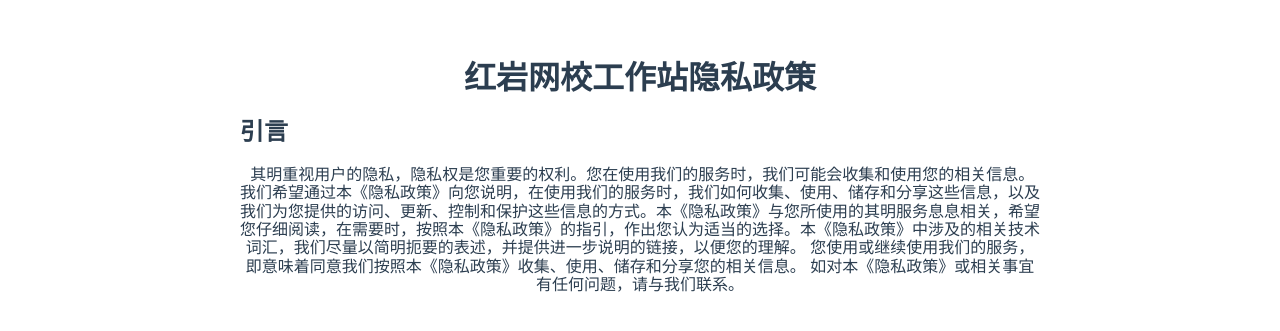
Repository: zl-mdc/privacy-policy
Page: /
These files come from the project's save history. The page is drawn as it stood at one moment and after the next save; the edit follows.
The browser window is 1280 px wide. The pictures show the whole page.
The project was rebuilt for these pictures with package versions that can differ from the ones it lists, and the page was loaded fresh each time.

Above is the page before, as saved 2020-09-17 15:31:13.

### src/main.js
import Vue from 'vue'
import App from './App.vue'
import 'normalize.css'

Vue.config.productionTip = false

new Vue({
  render: h => h(App),
}).$mount('#app')

### src/App.vue
<template>
  <div id="app">
    <Info />
  </div>
</template>

<script>
import Info from './components/Info';

export default {
  name: 'App',
  components: {
    Info
  }
}
</script>

<style>
#app {
  font-family: Avenir, Helvetica, Arial, sans-serif;
  -webkit-font-smoothing: antialiased;
  -moz-osx-font-smoothing: grayscale;
  text-align: center;
  color: #2c3e50;
  margin-top: 60px;
}
</style>

### src/components/Info.vue
<!--
 * @Author: Code_Master
 * @Date: 2020-09-17 15:00:51
 * @LastEditTime: 2020-09-17 15:31:12
 * @LastEditors: Code_Master
 * @FilePath: /privacy-policy/src/components/Info.vue
 * @Description: The first 90% of the code accounts for the first 90% of the development time. The remaining 10% of the code accounts for the other 90% of the development time.
-->
<template>
    <div id="info">
          <h1>红岩网校工作站隐私政策</h1>

          <h2>引言</h2>
          <p>&nbsp;其明重视用户的隐私，隐私权是您重要的权利。您在使用我们的服务时，我们可能会收集和使用您的相关信息。我们希望通过本《隐私政策》向您说明，在使用我们的服务时，我们如何收集、使用、储存和分享这些信息，以及我们为您提供的访问、更新、控制和保护这些信息的方式。本《隐私政策》与您所使用的其明服务息息相关，希望您仔细阅读，在需要时，按照本《隐私政策》的指引，作出您认为适当的选择。本《隐私政策》中涉及的相关技术词汇，我们尽量以简明扼要的表述，并提供进一步说明的链接，以便您的理解。 您使用或继续使用我们的服务，即意味着同意我们按照本《隐私政策》收集、使用、储存和分享您的相关信息。 如对本《隐私政策》或相关事宜有任何问题，请与我们联系。 </p>
    </div>
</template>

<script>
export default {
    name: "Info",
}
</script>

<style>
    #info {
        width: 800px;
        margin: 0 auto;
    }
    h2 {
        text-align: left;
    }
</style>

Loaded but not shown: public/index.html (common file)

After the next save:
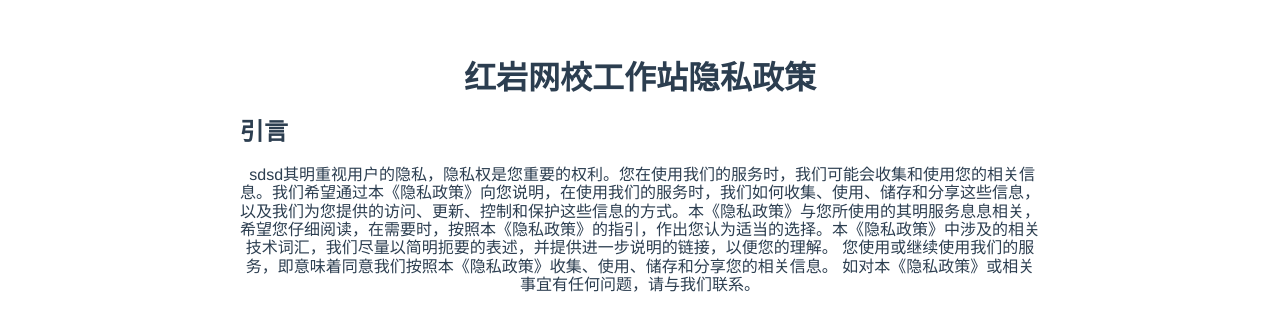
Saved 13 s later.
--- a/src/components/Info.vue
+++ b/src/components/Info.vue
@@ -1,7 +1,7 @@
 <!--
  * @Author: Code_Master
  * @Date: 2020-09-17 15:00:51
- * @LastEditTime: 2020-09-17 15:31:12
+ * @LastEditTime: 2020-09-17 15:31:26
  * @LastEditors: Code_Master
  * @FilePath: /privacy-policy/src/components/Info.vue
  * @Description: The first 90% of the code accounts for the first 90% of the development time. The remaining 10% of the code accounts for the other 90% of the development time.
@@ -11,7 +11,7 @@
           <h1>红岩网校工作站隐私政策</h1>
 
           <h2>引言</h2>
-          <p>&nbsp;其明重视用户的隐私，隐私权是您重要的权利。您在使用我们的服务时，我们可能会收集和使用您的相关信息。我们希望通过本《隐私政策》向您说明，在使用我们的服务时，我们如何收集、使用、储存和分享这些信息，以及我们为您提供的访问、更新、控制和保护这些信息的方式。本《隐私政策》与您所使用的其明服务息息相关，希望您仔细阅读，在需要时，按照本《隐私政策》的指引，作出您认为适当的选择。本《隐私政策》中涉及的相关技术词汇，我们尽量以简明扼要的表述，并提供进一步说明的链接，以便您的理解。 您使用或继续使用我们的服务，即意味着同意我们按照本《隐私政策》收集、使用、储存和分享您的相关信息。 如对本《隐私政策》或相关事宜有任何问题，请与我们联系。 </p>
+          <p>&nbsp;sdsd其明重视用户的隐私，隐私权是您重要的权利。您在使用我们的服务时，我们可能会收集和使用您的相关信息。我们希望通过本《隐私政策》向您说明，在使用我们的服务时，我们如何收集、使用、储存和分享这些信息，以及我们为您提供的访问、更新、控制和保护这些信息的方式。本《隐私政策》与您所使用的其明服务息息相关，希望您仔细阅读，在需要时，按照本《隐私政策》的指引，作出您认为适当的选择。本《隐私政策》中涉及的相关技术词汇，我们尽量以简明扼要的表述，并提供进一步说明的链接，以便您的理解。 您使用或继续使用我们的服务，即意味着同意我们按照本《隐私政策》收集、使用、储存和分享您的相关信息。 如对本《隐私政策》或相关事宜有任何问题，请与我们联系。 </p>
     </div>
 </template>
 

After the save that followed:
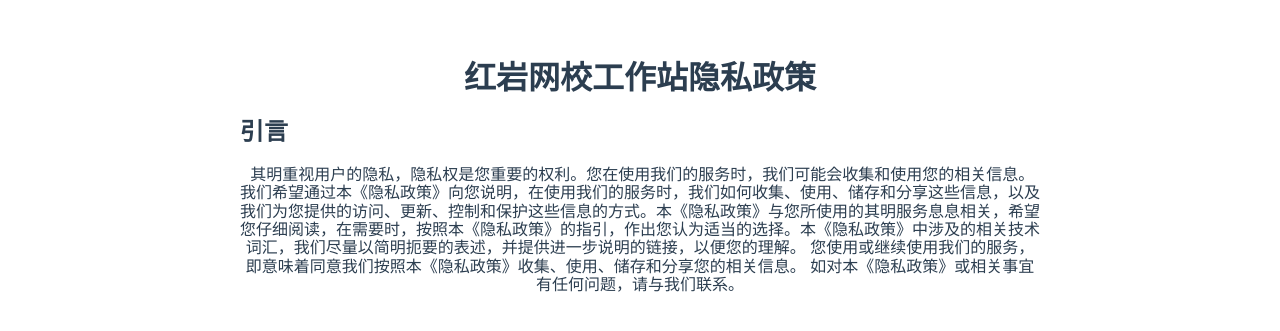
Saved 7 s later.
--- a/src/components/Info.vue
+++ b/src/components/Info.vue
@@ -1,7 +1,7 @@
 <!--
  * @Author: Code_Master
  * @Date: 2020-09-17 15:00:51
- * @LastEditTime: 2020-09-17 15:31:26
+ * @LastEditTime: 2020-09-17 15:31:33
  * @LastEditors: Code_Master
  * @FilePath: /privacy-policy/src/components/Info.vue
  * @Description: The first 90% of the code accounts for the first 90% of the development time. The remaining 10% of the code accounts for the other 90% of the development time.
@@ -11,7 +11,7 @@
           <h1>红岩网校工作站隐私政策</h1>
 
           <h2>引言</h2>
-          <p>&nbsp;sdsd其明重视用户的隐私，隐私权是您重要的权利。您在使用我们的服务时，我们可能会收集和使用您的相关信息。我们希望通过本《隐私政策》向您说明，在使用我们的服务时，我们如何收集、使用、储存和分享这些信息，以及我们为您提供的访问、更新、控制和保护这些信息的方式。本《隐私政策》与您所使用的其明服务息息相关，希望您仔细阅读，在需要时，按照本《隐私政策》的指引，作出您认为适当的选择。本《隐私政策》中涉及的相关技术词汇，我们尽量以简明扼要的表述，并提供进一步说明的链接，以便您的理解。 您使用或继续使用我们的服务，即意味着同意我们按照本《隐私政策》收集、使用、储存和分享您的相关信息。 如对本《隐私政策》或相关事宜有任何问题，请与我们联系。 </p>
+          <p>&nbsp;其明重视用户的隐私，隐私权是您重要的权利。您在使用我们的服务时，我们可能会收集和使用您的相关信息。我们希望通过本《隐私政策》向您说明，在使用我们的服务时，我们如何收集、使用、储存和分享这些信息，以及我们为您提供的访问、更新、控制和保护这些信息的方式。本《隐私政策》与您所使用的其明服务息息相关，希望您仔细阅读，在需要时，按照本《隐私政策》的指引，作出您认为适当的选择。本《隐私政策》中涉及的相关技术词汇，我们尽量以简明扼要的表述，并提供进一步说明的链接，以便您的理解。 您使用或继续使用我们的服务，即意味着同意我们按照本《隐私政策》收集、使用、储存和分享您的相关信息。 如对本《隐私政策》或相关事宜有任何问题，请与我们联系。 </p>
     </div>
 </template>
 
